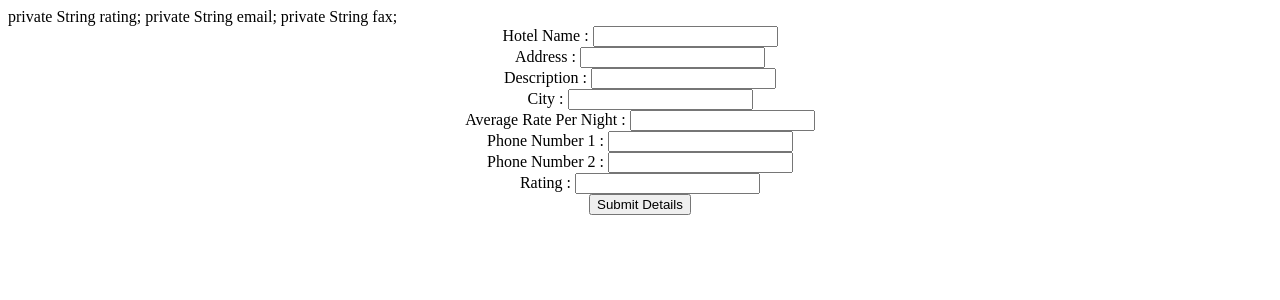
Repository: dishangjain/SpringProject
Page: http://localhost/HotelBookingManagementSystem/JSPs/AddNewHotel.jsp
These files come from the project's save history. The page is drawn as it stood at one moment and after the next save; the edit follows.
The browser window is 1280 px wide. The pictures show the whole page.
The page is served by Tomcat 9. Nobody is signed in. The application's start-up code is not run. Other server files are loaded and not shown. The template is opened directly, without the code that normally fills it, so the values that code supplies are empty.

Above is the page before, as saved 2017-10-14 09:30:10.

### HotelBookingManagementSystem/WebContent/JSPs/AddNewHotel.jsp
<%@ page language="java" contentType="text/html; charset=ISO-8859-1"
    pageEncoding="ISO-8859-1"%>
    <%@ taglib uri="http://www.springframework.org/tags/form" prefix="form"%>
<!DOCTYPE html PUBLIC "-//W3C//DTD HTML 4.01 Transitional//EN" "http://www.w3.org/TR/html4/loose.dtd">
<html>
	<head>
		<meta http-equiv="Content-Type" content="text/html; charset=ISO-8859-1">
		<title>Insert title here</title>
	</head>
	<body>



	private String rating;
	private String email;
	private String fax;



		<center>
			<form:form method="post" modelAttribute="hotelBean" action="addHotelDetails.do">

	  			<label for="hotelName">Hotel Name :</label>
		  		<form:input path="hotelName" id="hotelName" type="text"/><br/>

		  		<label for="address">Address :</label>
		  		<form:input path="address" id="address" type="text"/><br/>

		  		<label for="description">Description :</label>
		  		<form:input path="description" id="description" type="text"/><br/>

		  		<label for="city">City :</label>
		  		<form:input path="city" id="city" type="text"/><br/>

		  		<label for="avgRatePerNight">Average Rate Per Night :</label>
		  		<form:input path="avgRatePerNight" id="avgRatePerNight" type="text"/><br/>

		  		<label for="phoneNumber1">Phone Number 1 :</label>
		  		<form:input path="phoneNumber1" id="phoneNumber1" type="text"/><br/>

		  		<label for="phoneNumber2">Phone Number 2 :</label>
		  		<form:input path="phoneNumber2" id="phoneNumber2" type="text"/><br/>

		  		<label for="rating">Rating :</label>
		  		<form:input path="rating" id="rating" type="text"/><br/>

		  		<input type="submit" value="Submit Details"/>
			</form:form>
		</center>



	</body>
</html>

After the next save:
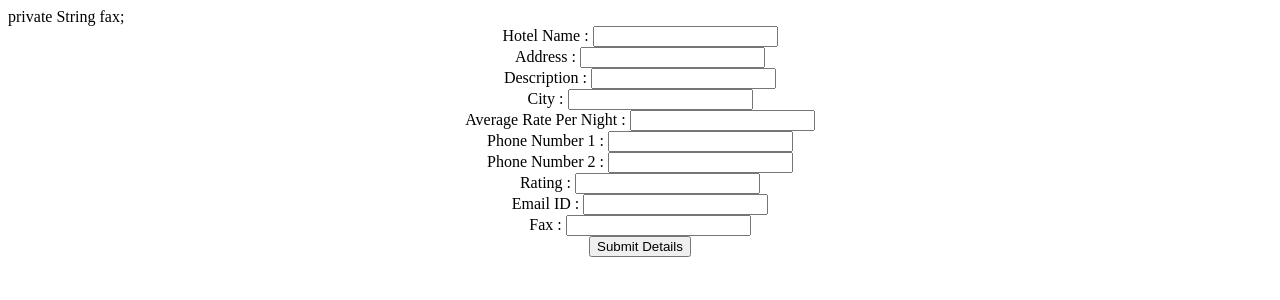
Saved 70 s later.
--- a/HotelBookingManagementSystem/WebContent/JSPs/AddNewHotel.jsp
+++ b/HotelBookingManagementSystem/WebContent/JSPs/AddNewHotel.jsp
@@ -11,8 +11,6 @@
 
 
 
-	private String rating;
-	private String email;
 	private String fax;
 
 
@@ -44,6 +42,13 @@
 		  		<label for="rating">Rating :</label>
 		  		<form:input path="rating" id="rating" type="text"/><br/>
 
+		  		<label for="email">Email ID :</label>
+		  		<form:input path="email" id="email" type="text"/><br/>
+
+		  		<label for="fax">Fax :</label>
+		  		<form:input path="fax" id="fax" type="text"/><br/>
+
+
 		  		<input type="submit" value="Submit Details"/>
 			</form:form>
 		</center>
